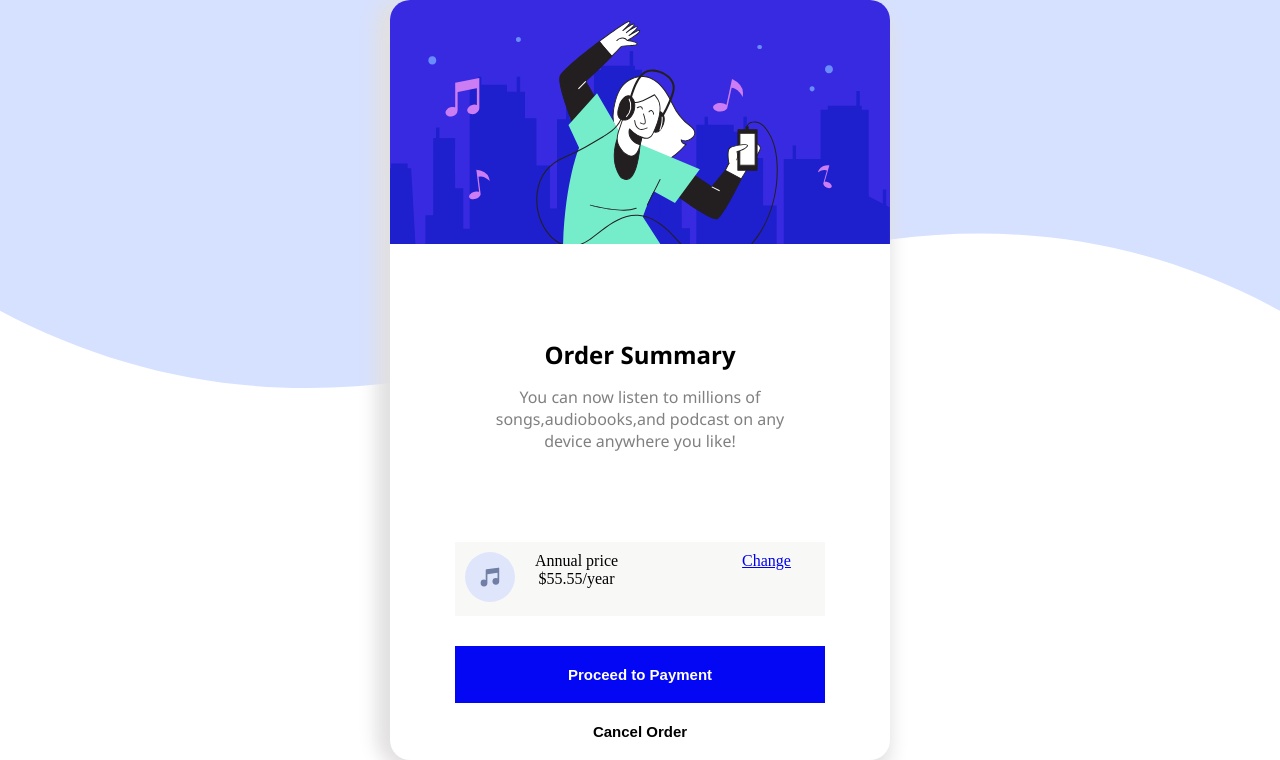
Repository: Eugene44-hub/newbie-project
Page: index.html
The author's editor kept a copy of each file at every save. The page is drawn from the files as they stood at one save, then again after the next save.
The browser window is 1280 px wide. The pictures show the whole page.

Above is the page before, as saved 2021-08-29 09:52:42.

After the next save:
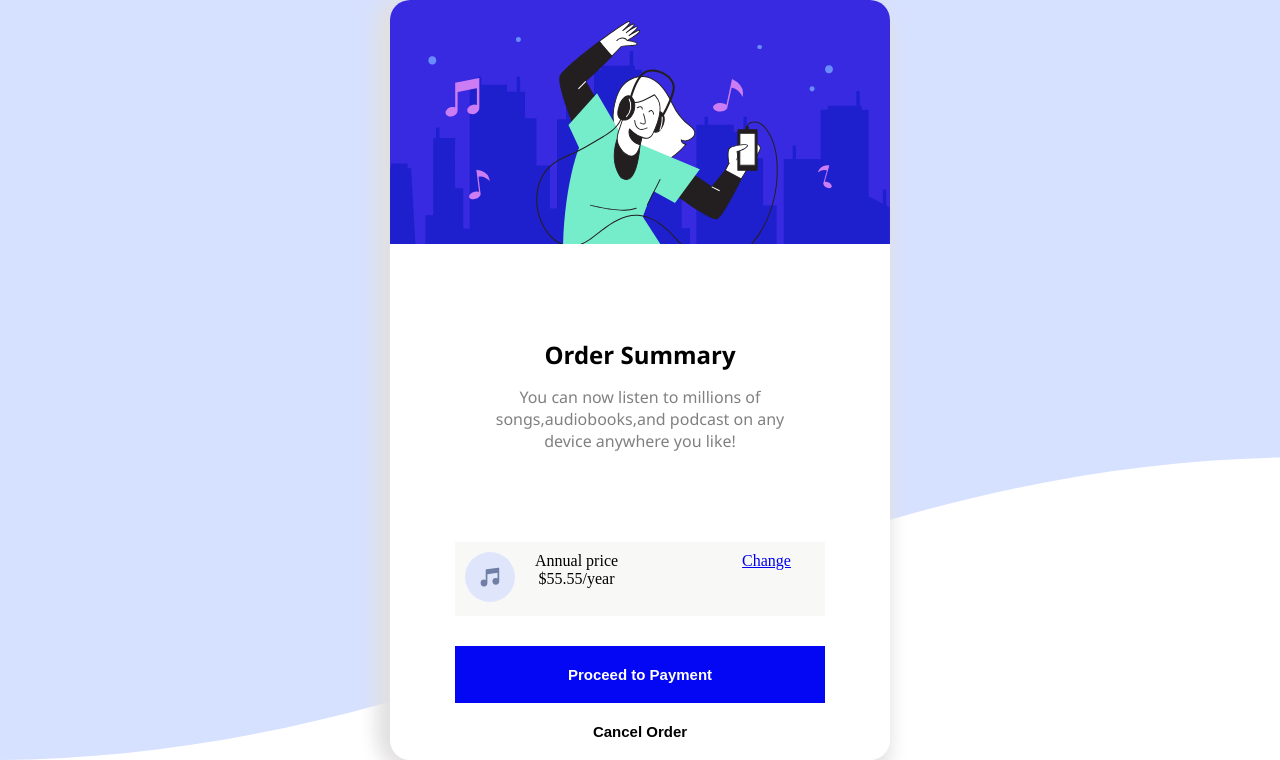
Saved 19 s later.
--- a/style.css
+++ b/style.css
@@ -6,7 +6,7 @@
 .container {
     background-image: url('pattern-background-desktop.svg');
     background-position: top;
-    background-size: 100%;
+    background-size: cover;
     background-repeat: no-repeat;
     width: 100%;
     position: relative;

After the save that followed:
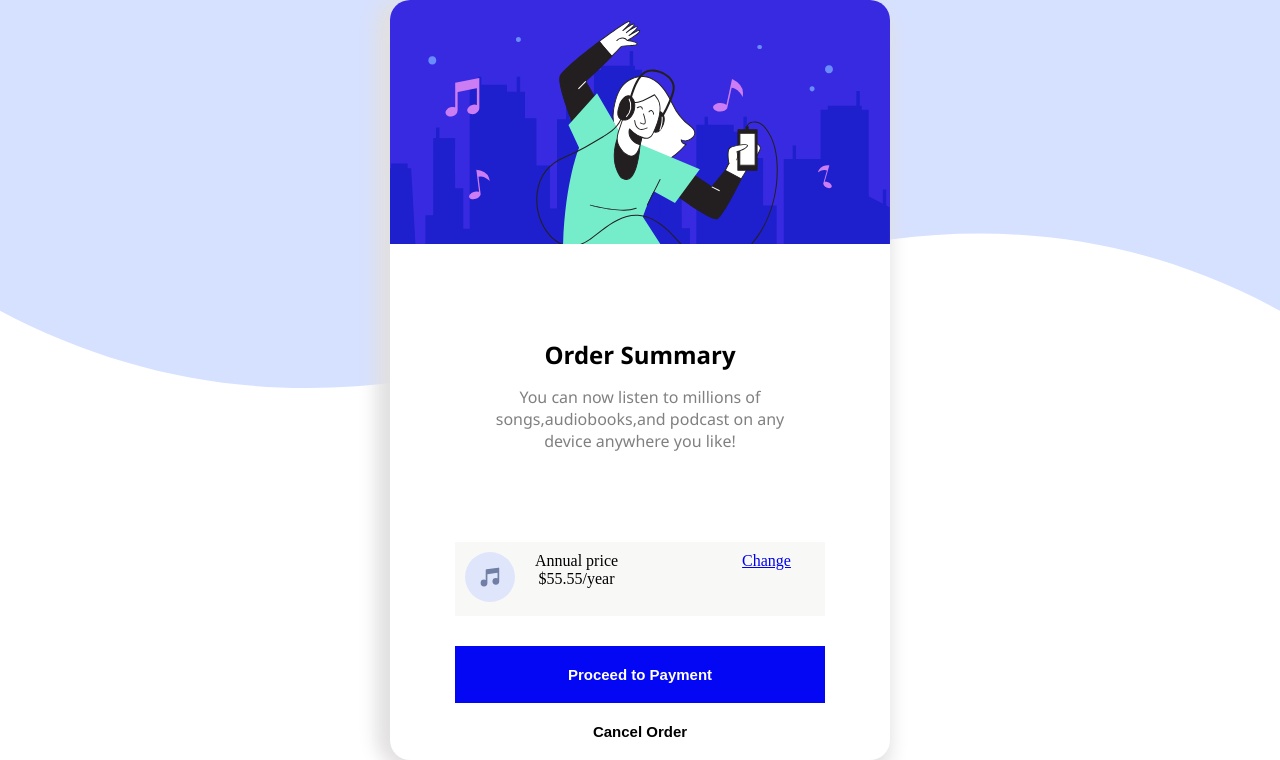
Saved 16 s later.
--- a/style.css
+++ b/style.css
@@ -6,7 +6,7 @@
 .container {
     background-image: url('pattern-background-desktop.svg');
     background-position: top;
-    background-size: cover;
+    background-size: contain;
     background-repeat: no-repeat;
     width: 100%;
     position: relative;
